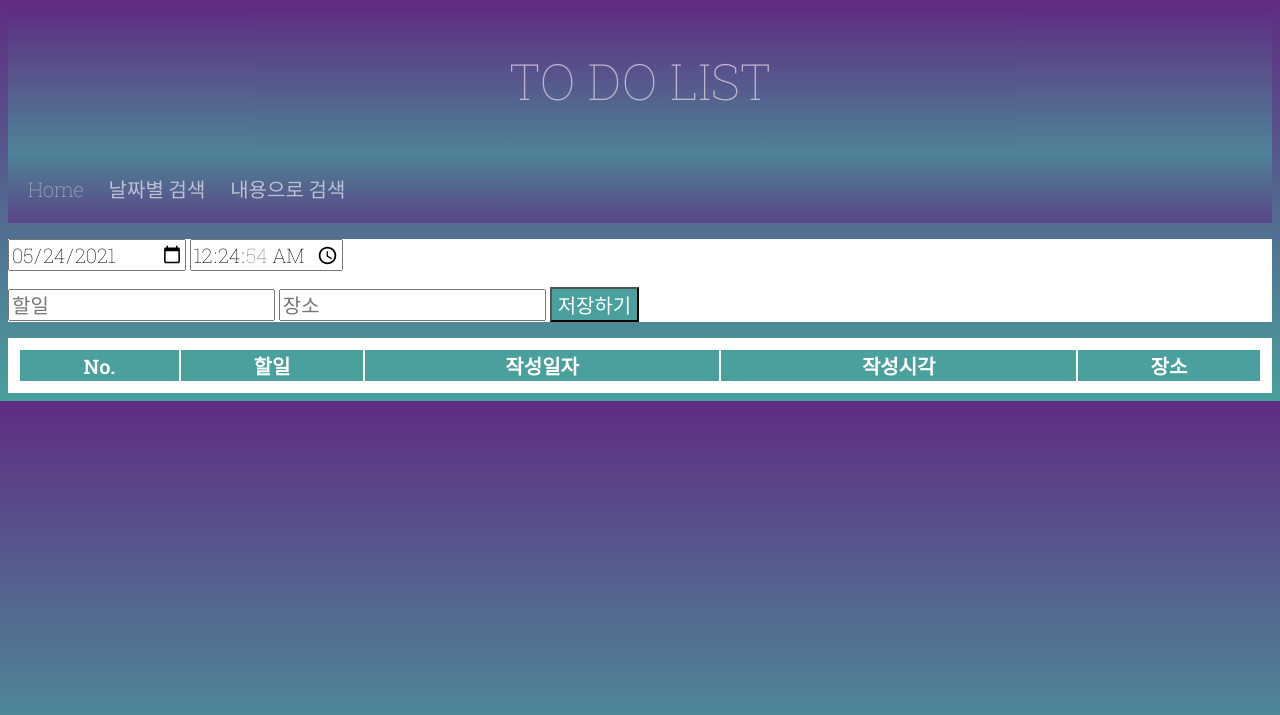
Repository: kimyoungjin98/Exam_Project
Page: http://localhost/Server_PR_TodoList/
The author's editor kept a copy of each file at every save. The page is drawn from the files as they stood at one save, then again after the next save.
The browser window is 1280 px wide. The pictures show the whole page.
Some web fonts or font styles are not loaded; a fallback is used. The page is served by Tomcat 9. Queries for data that is not in the repository find no rows.

Above is the page before, as saved 2021-05-25 02:14:51.

After the next save:
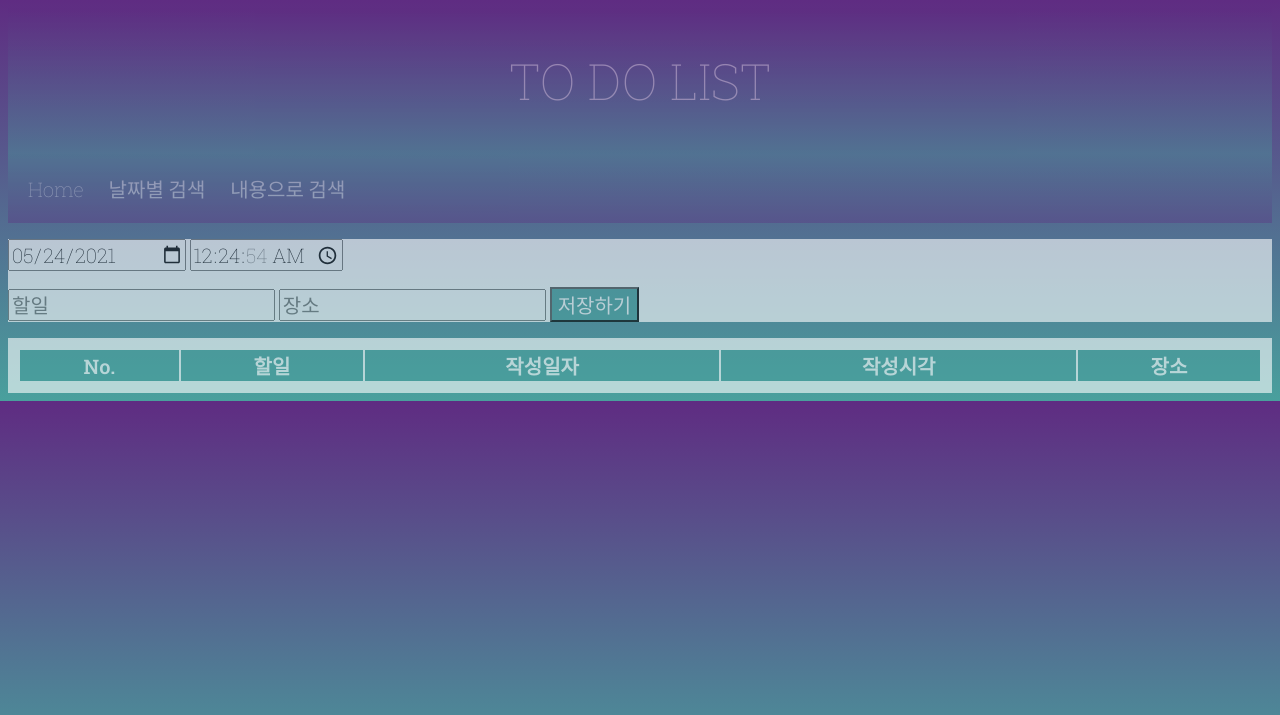
Saved 7 s later.
--- a/Server_PR_TodoList/src/main/webapp/WEB-INF/views/home.jsp
+++ b/Server_PR_TodoList/src/main/webapp/WEB-INF/views/home.jsp
@@ -36,6 +36,7 @@
 body {
 	background:linear-gradient(to bottom, #5f2c82, #49a09d);
 	padding:auto;
+	opacity: 0.6;
 }
 
 @import url('https://fonts.googleapis.com/css2?family=Nanum+Myeongjo&family=Roboto+Slab:wght@100;600&display=swap');

After the save that followed:
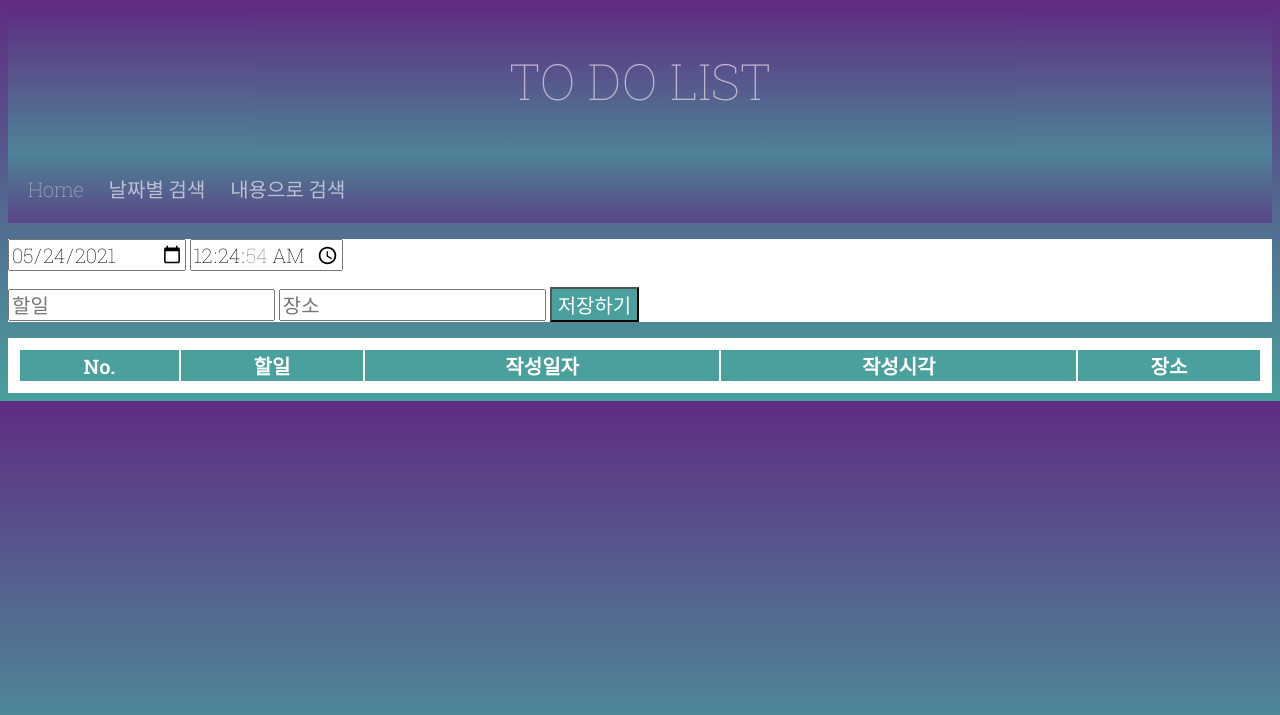
Saved 14 s later.
--- a/Server_PR_TodoList/src/main/webapp/WEB-INF/views/home.jsp
+++ b/Server_PR_TodoList/src/main/webapp/WEB-INF/views/home.jsp
@@ -36,7 +36,7 @@
 body {
 	background:linear-gradient(to bottom, #5f2c82, #49a09d);
 	padding:auto;
-	opacity: 0.6;
+
 }
 
 @import url('https://fonts.googleapis.com/css2?family=Nanum+Myeongjo&family=Roboto+Slab:wght@100;600&display=swap');
